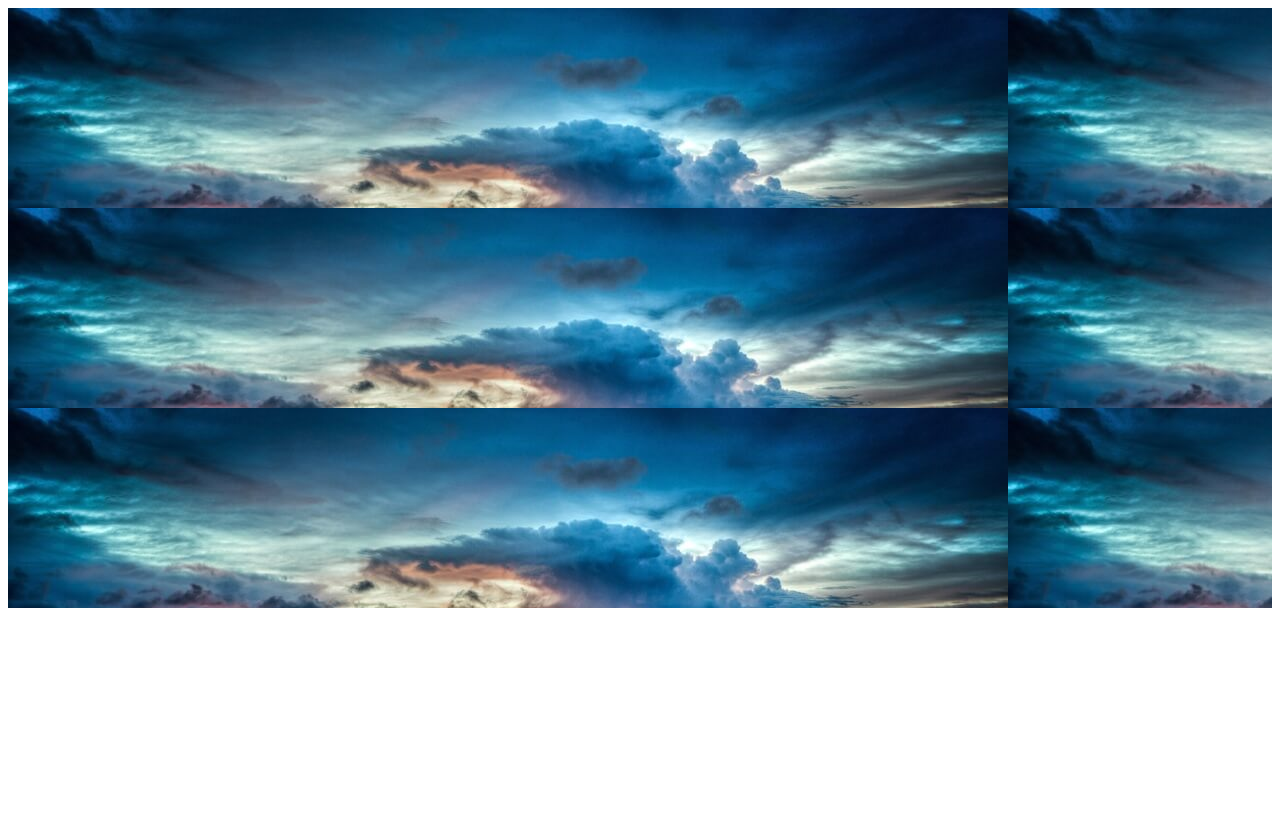
Repository: Yuki-Kawagoe/chapter4
Page: chapter6/index.html
The author's editor kept a record of every edit. The page is drawn from the files as they stood at one moment, then again after the next edit.
The browser window is 1280 px wide. The pictures show the whole page.

Above is the page before.

### chapter6/index.html
<!DOCTYPE html>
 <html lang="ja">

  <head>
  <meta charset="UTF-8">
  <link rel="stylesheet" href="style.css" />
  </head>


  <body>

  <div class="main-visual1"></div>

  <div class="main-visual2"></div>

  <div class="main-visual3"></div>

  <div class="main-visual4"></div>

</body>

</html>

### chapter6/style.css
.main-visual1 {
  width: 100%;
  height:200px;
  background-image: url(img/mv.jpg)
}

.main-visual2 {
  width: 100%;
  height:200px;
  background-image: url(img/mv.jpg)
}

.main-visual3 {
  width:100%;
  height: 200px;
  background-image: url(img/mv.jpg)
}

.main-visual4 {
  width:100%;
  height: 200px;

}

After the next edit:
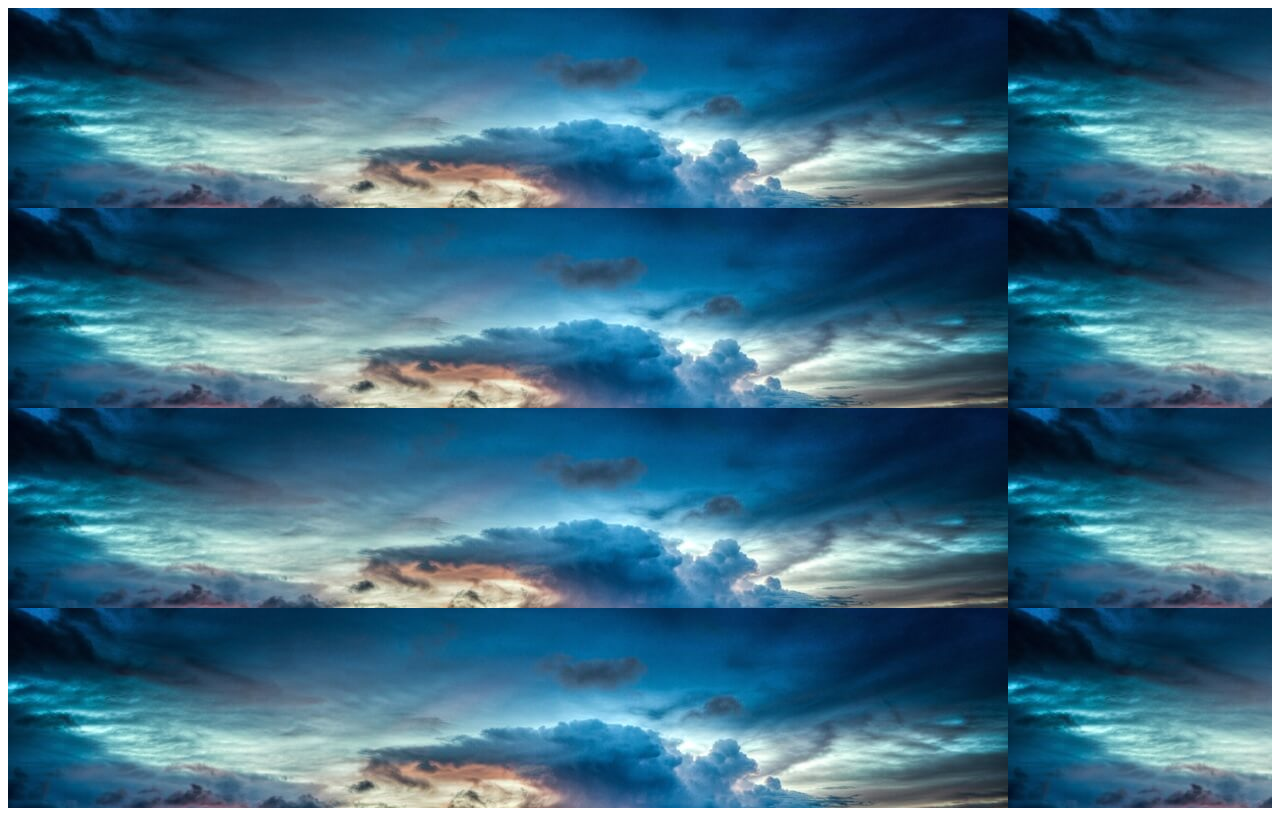
The edit:
--- a/chapter6/style.css
+++ b/chapter6/style.css
@@ -19,5 +19,5 @@
 .main-visual4 {
   width:100%;
   height: 200px;
-
+  background-image: url(img/mv.jpg)
 }
